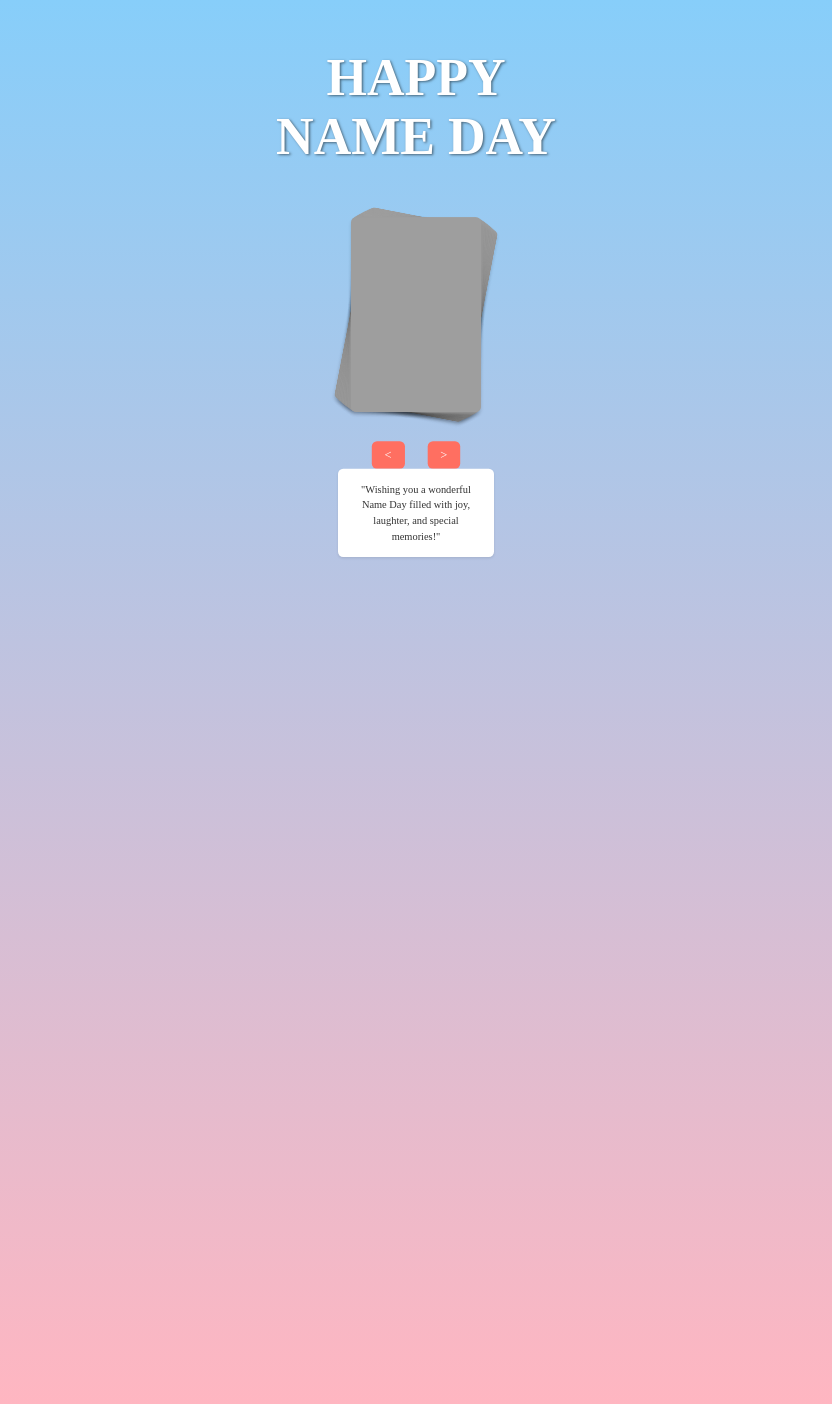
Repository: naps00/BIRTHDAY
Page: /details
The author's editor kept a copy of each file at every save. The page is drawn from the files as they stood at one save, then again after the next save.
The browser window is 1280 px wide. The pictures show the whole page, at 65% of full size.
Pictures or frames that could not be fetched are drawn as grey boxes. The project was rebuilt for these pictures with package versions that can differ from the ones it lists, and the page was loaded fresh each time.

Above is the page before, as saved 2024-12-12 19:54:03.

### src/App.js
import React, { useState } from 'react';
import { BrowserRouter as Router, Route, Routes, Link } from 'react-router-dom';
import './App.css';
import Details from './details.js'; // นำเข้า Details.js

function Home() {
  const [showModal, setShowModal] = useState(false);

  // เมื่อวีดีโอจบ ให้แสดง modal
  const handleVideoEnd = () => {
    setShowModal(true);
  };

  return (
    <div className="App">
      <div className="container">
        <div className="text-section" style={{ flex: 1, display: 'flex', flexDirection: 'column', justifyContent: 'center', alignItems: 'center', textAlign: 'center', height: '100vh', color: 'black', fontSize: 'calc(3vw + 0vh)', fontWeight: 'bold' }}>
          <h2>HAPPY BIRTHDAY !!</h2>
          <p>MY LOVE ♡ </p>
          <img src="https://img2.pic.in.th/pic/fc8c0bdfae313c2ffd700a21b05915d6-removebg-preview.png" alt="Happy Birthday Decoration" style={{width: '200px', height: '200PX' }} />
        </div>

        <div className="video-section">
          <video
            className="video-player"
            controls
            onEnded={handleVideoEnd}
          >
            <source src="https://v1.pinimg.com/videos/mc/720p/3d/2a/3c/3d2a3ca4078af4f14258938781ed5f8e.mp4" type="video/mp4" />
            Your browser does not support the video tag.
          </video>
        </div>
      </div>

      {/* Modal */}
      {showModal && (
        <div className="modal-backdrop">
          <div className="modal-content">
            <h2>Are you ready?</h2>
            {/* เปลี่ยนปุ่ม "ปิด" ให้เป็นลิงค์ไปยังหน้า /details */}
            <Link to="/details">
              <button className="pulse">GO !!</button>
            </Link>
          </div>
        </div>
      )}

      {/* เพิ่มอิโมจิที่วิ้งๆ */}
      <div className="emoji">🌟</div>
      <div className="emoji2">✨</div>
      <div className="emoji3">💕</div>

    </div>
  );
}

function App() {
  return (
    <Router>
      <Routes>
        <Route path="/" element={<Home />} />
        <Route path="/details" element={<Details />} /> {/* เพิ่มเส้นทางสำหรับหน้า /details */}
      </Routes>
    </Router>
  );
}

export default App;

### src/App.css
/* การจัด layout ของแอปพลิเคชัน */
.App {
  background-color: white;
  min-height: 100vh;
  display: flex;
  justify-content: center;
  align-items: center;
}

/* ส่วนที่ใช้จัด layout */
.container {
  display: flex;
  flex-direction: row; /* แบ่งพื้นที่ออกเป็น 2 ส่วน */
  width: 100%;
  height: 100vh;
}

/* ส่วนข้อความ */
.text-section {
  flex: 1;
  display: flex;
  flex-direction: column;
  justify-content: center;
  align-items: center;
  padding: 20px;
  background-color: #f9f9f9;
}

.text-section h1 {
  margin-bottom: 20px;
}

/* ส่วนวีดีโอ */
.video-section {
  flex: 1;
  display: flex;
  justify-content: center;
  align-items: center;
  background-color: #000;
}

.video-player {
  width: 100%; /* ให้วีดีโอเต็มความกว้าง */
  height: 100%; /* ให้วีดีโอเต็มความสูง */
  object-fit: cover; /* ปรับวีดีโอให้เต็มพื้นที่โดยไม่เสียสัดส่วน */

/* การแสดง modal */
}
.modal-backdrop {
  position: fixed;
  top: 0;
  left: 0;
  width: 100%;
  height: 100%;
  background: rgba(0, 0, 0, 0.7);
  display: flex;
  justify-content: center;
  align-items: center;
  z-index: 100; /* ทำให้ modal อยู่เหนือสิ่งอื่น */
  animation: fadeInPop 0.5s ease-out;
}

/* เพิ่ม z-index ให้ modal-content */
.modal-content {
  background: white;
  padding: 20px;
  border-radius: 10px;
  text-align: center;
  box-shadow: 0 2px 10px rgba(0, 0, 0, 0.3);
  animation: slideUp 0.3s ease-out;
  z-index: 101; /* ทำให้เนื้อหาของ modal อยู่เหนือ backdrop */
}

/* การแอนิเมชัน fade-in และ pop-up สำหรับ modal backdrop */
@keyframes fadeInPop {
  0% {
    opacity: 0;
    transform: scale(0.8);
  }
  100% {
    opacity: 1;
    transform: scale(1);
  }
}

body {
  font-family: 'Coiny', cursive;
  margin: 0;
  padding: 0;
  box-sizing: border-box;
  background-color: #fef9ef;
  color: #333;
}

h1, h2, p {
  font-family: 'Coiny', cursive; /* ฟอนต์ใหม่สำหรับข้อความ */
}

button {
  font-family: 'Coiny', cursive;
  font-size: 1.2rem;
  background-color: #ff6f61;
  color: #fff;
  padding: 10px 20px;
  border: none;
  border-radius: 8px;
  cursor: pointer;
  transition: background-color 0.3s ease, transform 0.3s ease;
}

button:hover {
  background-color: #ff3d3d;
  transform: scale(1.1);
}

/* การแอนิเมชัน slide-up สำหรับ modal content */
@keyframes slideUp {
  0% {
    transform: translateY(20px);
    opacity: 0;
  }
  100% {
    transform: translateY(0);
    opacity: 1;
  }
}

.modal-content h2 {
  margin-bottom: 20px;
}

.modal-content button {
  padding: 10px 20px;
  background-color: #007bff;
  color: white;
  border: none;
  border-radius: 5px;
  cursor: pointer;
  transition: transform 0.3s ease, background-color 0.3s ease;
}

/* เอฟเฟกต์เมื่อ hover ปุ่ม */
.modal-content button:hover {
  background-color: #0056b3;
  transform: scale(1.1); /* ขยายขนาดปุ่มเมื่อ hover */
}

/* เอฟเฟกต์การเต้นของปุ่ม */
@keyframes pulse {
  0% {
    transform: scale(1);
    opacity: 1;
  }
  50% {
    transform: scale(1.1);
    opacity: 0.8;
  }
  100% {
    transform: scale(1);
    opacity: 1;
  }
}

.pulse {
  animation: pulse 1.5s infinite;
}

/* อิโมจิวิ้งๆ */
.emoji {
  position: fixed;
  top: 30%;
  right: 50%;
  font-size: 30px;
  animation: smoothBounce 1.4s infinite;
  z-index: 50; /* ทำให้ไอคอนอิโมจิอยู่ใต้ modal */
}
.emoji2 {
  position: fixed;
  top: 18%;
  right: 97%;
  font-size: 30px;
  animation: smoothBounce 1.5s infinite;
  z-index: 50; /* ทำให้ไอคอนอิโมจิอยู่ใต้ modal */
}
.emoji3 {
  position: fixed;
  top: 63%;
  right: 65%;
  font-size: 50px;
  animation: smoothBounce 3s infinite;
  z-index: 50; /* ทำให้ไอคอนอิโมจิอยู่ใต้ modal */
}
/* การกระพิบ */
/* @keyframes fadeInOut {
  0%, 100% {
    opacity: 0;
  }
  50% {
    opacity: 1;
  }
}

.fade {
  animation: fadeInOut 1s infinite;
} */

/* การแอนิเมชันวิ้ง */
@keyframes smoothBounce {
  0%, 100% {
    transform: translateY(0);
    opacity: 1;
  }
  25% {
    transform: translateY(-1px);
    opacity: 1;
  }
  50% {
    transform: translateY(-1px);
    opacity: 1;
  }
  75% {
    transform: translateY(5px);
    opacity: 1;
  }
}


/* การแอนิเมชัน zoom-in */
@keyframes zoomIn {
  0% {
    transform: scale(0.8);
    opacity: 0;
  }
  100% {
    transform: scale(1);
    opacity: 1;
  }
}

.zoom-in {
  animation: zoomIn 0.4s ease-out;
}

/* เอฟเฟกต์ fade-in สำหรับเนื้อหาที่โหลด */
.fade-in {
  opacity: 0;
  animation: fadeIn 1s forwards;
}

@keyframes fadeIn {
  from {
    opacity: 0;
  }
  to {
    opacity: 1;
  }
}

### src/details.js
import React, { useState } from 'react';
import { useSwipeable } from 'react-swipeable'; // นำเข้า useSwipeable
import './details.css';

function Details() {
  const images = [
    "https://img2.pic.in.th/pic/C14EEE1A-1C6E-4778-85B7-4833D53D43EB.jpeg",
    "https://img5.pic.in.th/file/secure-sv1/618E6171-BADE-42BC-A018-2EA60935F70F.jpeg",
    "https://img5.pic.in.th/file/secure-sv1/IMG_448429fe121e41b2f430.jpeg",
    "https://img5.pic.in.th/file/secure-sv1/IMG_64786800a538a371f8ae.jpeg",
    "https://img2.pic.in.th/pic/IMG_18254b9a0e0ef262515a.jpeg",
    "https://img2.pic.in.th/pic/IMG_750821c6a0b5848c84f8.jpeg",
    "https://img2.pic.in.th/pic/IMG_217360495c125ab56c81.jpeg",
    "https://img5.pic.in.th/file/secure-sv1/IMG_79057ffcc3e4b6cb96bc.jpeg",
    "https://img2.pic.in.th/pic/IMG_7834161695a4292d3799.jpeg",
    "https://img5.pic.in.th/file/secure-sv1/IMG_7833a600a5964cb97987.jpeg",
    "https://img5.pic.in.th/file/secure-sv1/IMG_7669dbd275c5d25b60ea.jpeg",
    "https://img2.pic.in.th/pic/IMG_791818c257fcaec84a84.jpeg"
  ];

  const [currentIndex, setCurrentIndex] = useState(0);

  const handlers = useSwipeable({
    onSwipedLeft: () => handleNext(),
    onSwipedRight: () => handlePrev(),
    preventDefaultTouchmoveEvent: true,
    trackMouse: true
  });

  const handleNext = () => {
    setCurrentIndex((currentIndex + 1) % images.length);
  };

  const handlePrev = () => {
    setCurrentIndex((currentIndex - 1 + images.length) % images.length);
  };

  return (
    <div className="details-page" style={{ overflowY: 'auto', maxHeight: '100vh', padding: '20px' }}>
      <div className="header-text" style={{ textAlign: 'center' }}>
        <h1>HAPPY <br /> NAME DAY</h1>
      </div>

      <div className="card-stack" {...handlers} style={{ position: 'relative', height: '350px', marginBottom: '20px' }}>
        {images.map((src, index) => {
          const zIndex = images.length - Math.abs(currentIndex - index);
          const rotation = (index - currentIndex) * 1; // การหมุนภาพ
          const offset = (index - currentIndex) * 0; // ระยะเลื่อน

          return (
            <img
              key={index}
              src={src}
              alt={`Slide ${index + 1}`}
              className="card"
              style={{
                zIndex: zIndex,
                position: 'absolute',
                left: '50%',
                top: '50%',
                transform: `translate(-50%, -50%) rotate(${rotation}deg)`,
                marginTop: `${offset}px`,
                width: '200px',
                height: '300px',
                borderRadius: '8px',
                boxShadow: '0 4px 6px rgba(0, 0, 0, 0.1)',
              }}
            />
          );
        })}
      </div>

      <div className="controls" style={{ textAlign: 'center', marginTop: '0px' }}>
        <button onClick={handlePrev} style={{ margin: '0 10px', padding: '10px 20px' }}>
          &lt;
        </button>
        <button onClick={handleNext} style={{ margin: '0 10px', padding: '10px 20px' }}>
          &gt;
        </button>
      </div>
      <div
        className="card-message"
        style={{
          margin: '0 auto',
          width: '90%',
          maxWidth: '200px',
          padding: '20px',
          borderRadius: '8px',
          backgroundColor: '#fff',
          boxShadow: '0 2px 4px rgba(0, 0, 0, 0.1)',
          textAlign: 'center',
          fontSize: '16px',
          lineHeight: '1.5',
        }}
      >
        "Wishing you a wonderful Name Day filled with joy, laughter, and special memories!"
      </div>


      <audio autoPlay loop>
        <source src="https://www.soundhelix.com/examples/mp3/SoundHelix-Song-1.mp3" type="audio/mp3" />
        Your browser does not support the audio element.
      </audio>
    </div>
  );
}

export default Details;

### src/details.css
.details-page {
  display: flex;
  flex-direction: column;
  align-items: center;
  justify-content: flex-start;
  min-height: 300vh; /* กำหนดความสูงขั้นต่ำ */
  background: linear-gradient(to bottom, #87CEFA, #FFB6C1);
  padding: 40px; /* เพิ่มระยะห่างจากขอบ */
  overflow-y: auto; /* ให้เลื่อนแนวตั้งได้ */
  box-sizing: border-box;
}

.card-stack {
  position: relative;
  width: 100%; /* ใช้พื้นที่เต็มความกว้าง */
  max-width: 400px; /* จำกัดขนาดความกว้าง */
  display: flex;
  flex-direction: column; /* จัดเรียงแนวตั้ง */
  align-items: center;
  gap: 20px; /* ระยะห่างระหว่างแต่ละรูป */
}
.header-text {
  text-align: center;
  color: white;
  text-shadow: 2px 2px 4px rgba(0, 0, 0, 0.5);
  font-size: 2.5rem;
}
.card {
  width: 200px; /* เพิ่มขนาดความกว้าง */
  height: 300px; /* เพิ่มขนาดความสูง */
  border-radius: 10px;
  box-shadow: 0 4px 8px rgba(0, 0, 0, 0.2);
}

.text-box {
  margin-top: 30px; /* เพิ่มระยะห่างระหว่างภาพและข้อความ */
  padding: 20px; /* ขยายพื้นที่ข้อความ */
  width: 100%;
  max-width: 500px; /* ขยายขนาดกล่องข้อความ */
  background: #ffffff;
  border: 1px solid #ddd;
  border-radius: 10px;
  box-shadow: 0 4px 8px rgba(0, 0, 0, 0.1);
  text-align: center; /* จัดข้อความให้อยู่กึ่งกลาง */
  font-size: 18px; /* เพิ่มขนาดตัวอักษร */
  line-height: 1.6; /* เพิ่มความสูงระหว่างบรรทัด */
}

.controls {
  margin-top: 10px; /* ระยะห่างระหว่างปุ่มกับข้อความ */
  display: flex;
  justify-content: center;
  gap: 15px; /* เพิ่มระยะห่างระหว่างปุ่ม */
}

Loaded but not shown: public/index.html (common file); src/index.js (common file); src/index.css (common file); src/reportWebVitals.js (common file)

After the next save:
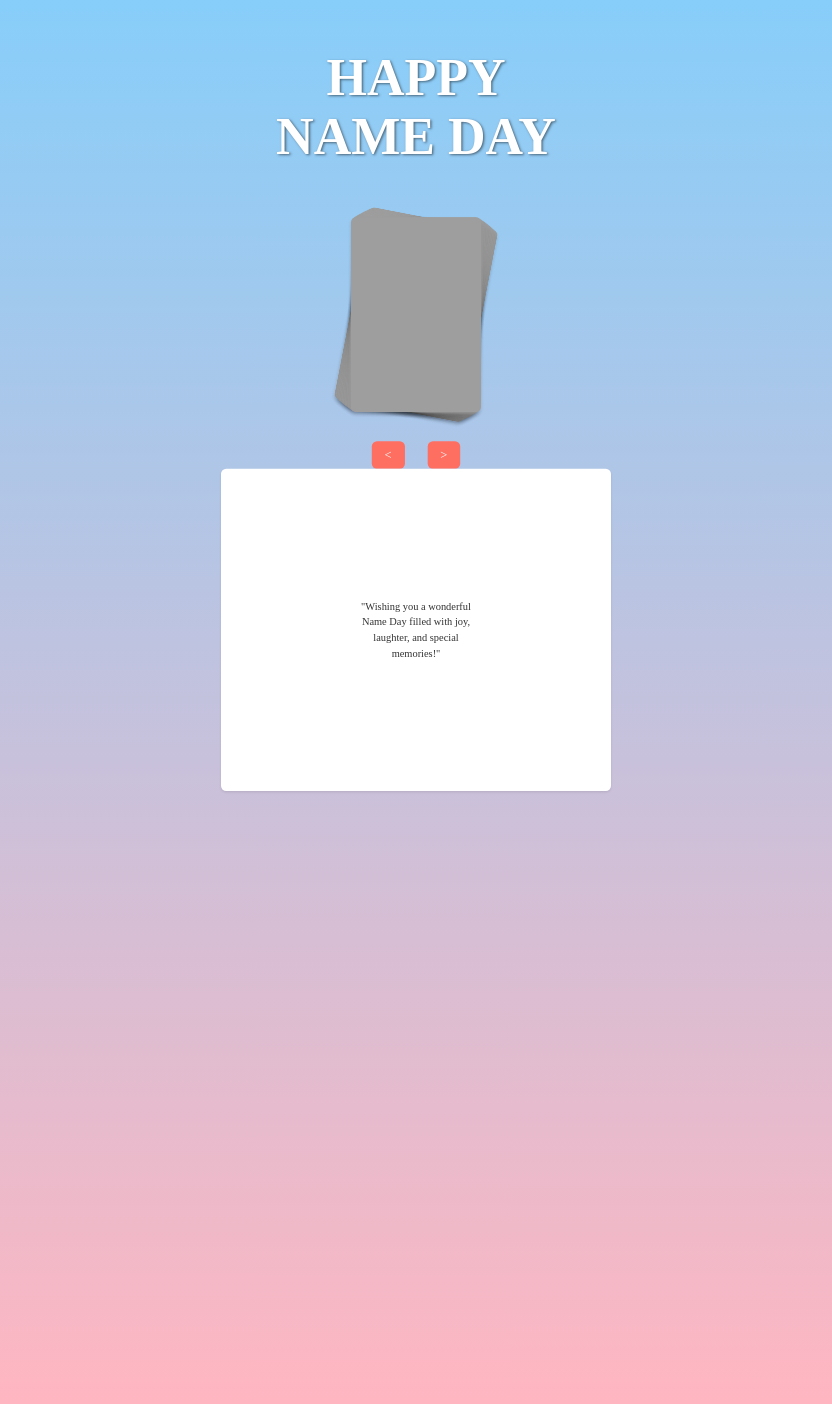
Saved 31 s later.
--- a/src/details.js
+++ b/src/details.js
@@ -84,7 +84,7 @@
           margin: '0 auto',
           width: '90%',
           maxWidth: '200px',
-          padding: '20px',
+          padding: '200px',
           borderRadius: '8px',
           backgroundColor: '#fff',
           boxShadow: '0 2px 4px rgba(0, 0, 0, 0.1)',

After the save that followed:
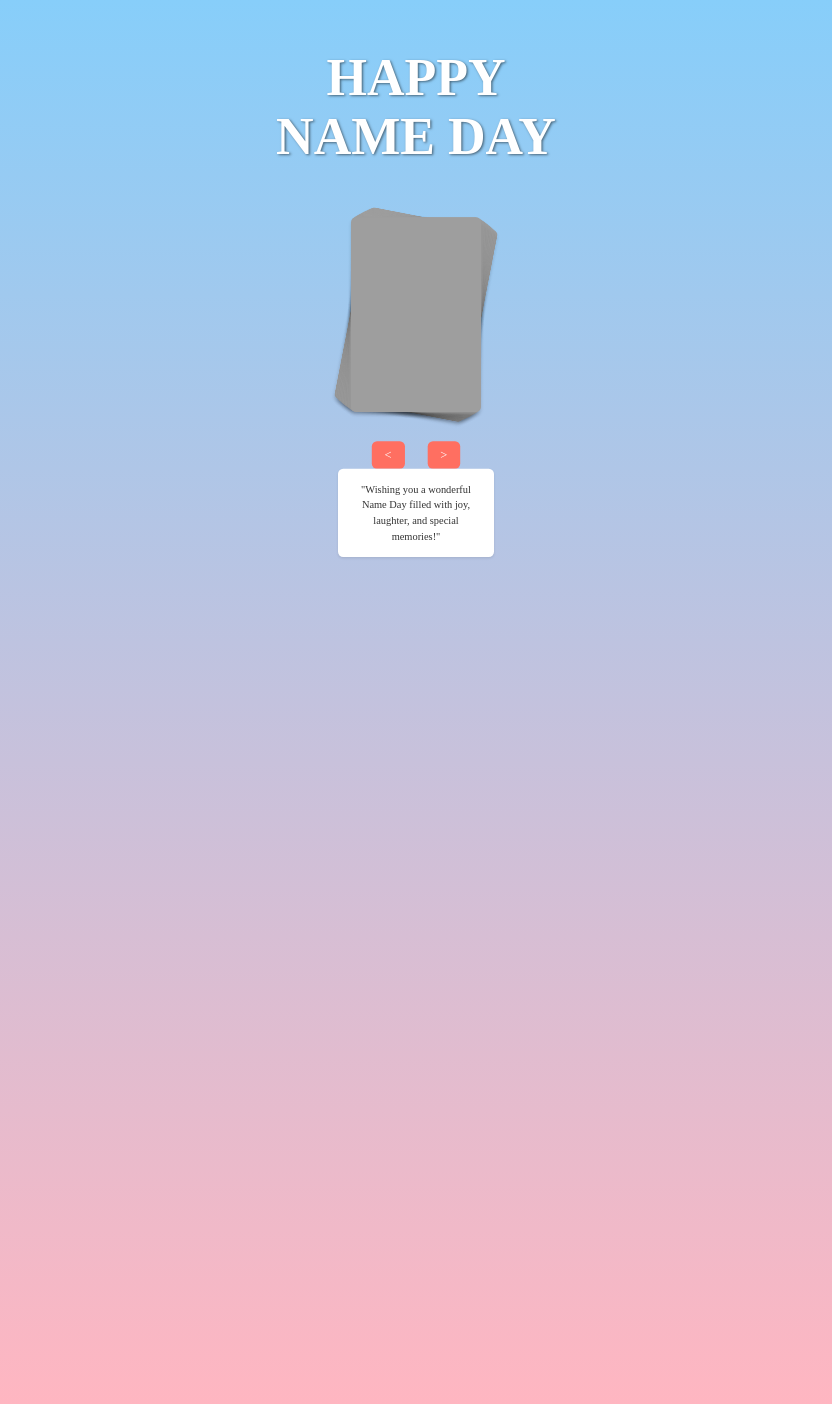
Saved 4 s later.
--- a/src/details.js
+++ b/src/details.js
@@ -84,7 +84,7 @@
           margin: '0 auto',
           width: '90%',
           maxWidth: '200px',
-          padding: '200px',
+          padding: '20px',
           borderRadius: '8px',
           backgroundColor: '#fff',
           boxShadow: '0 2px 4px rgba(0, 0, 0, 0.1)',
